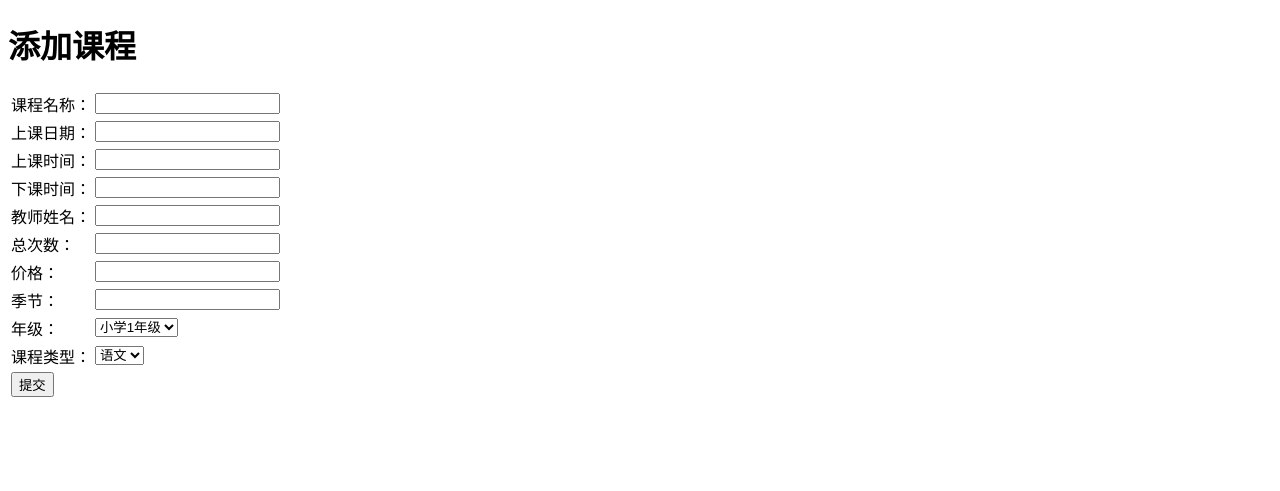
Repository: arkulo56/codeLibrary
Page: http://localhost/firstWeb/addCourse.jsp
These files come from the project's save history. The page is drawn as it stood at one moment and after the next save; the edit follows.
The browser window is 1280 px wide. The pictures show the whole page.
The page is served by Tomcat 9.

Above is the page before, as saved 2016-04-23 03:10:24.

After the next save:
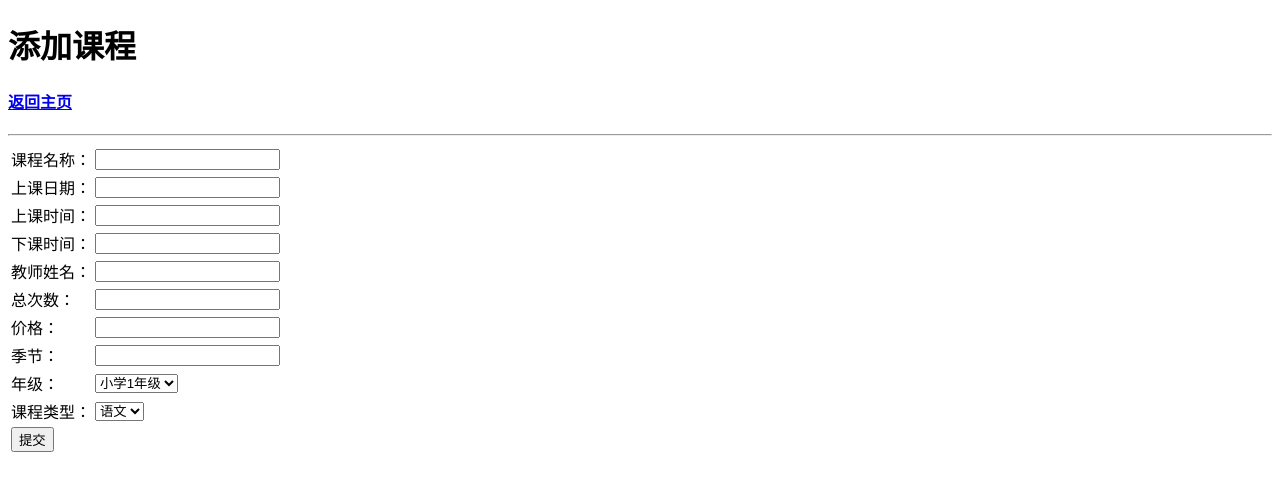
Saved 96 s later.
--- a/java/firstWeb/WebContent/addCourse.jsp
+++ b/java/firstWeb/WebContent/addCourse.jsp
@@ -10,6 +10,8 @@
 </head>
 <body>
 <h1>添加课程</h1>
+<h4><a href="index.jsp">返回主页</a></h4>
+<hr>
 <form action="addDeal.jsp" method="post" name="courseForm">
 <table>
 <tr>
